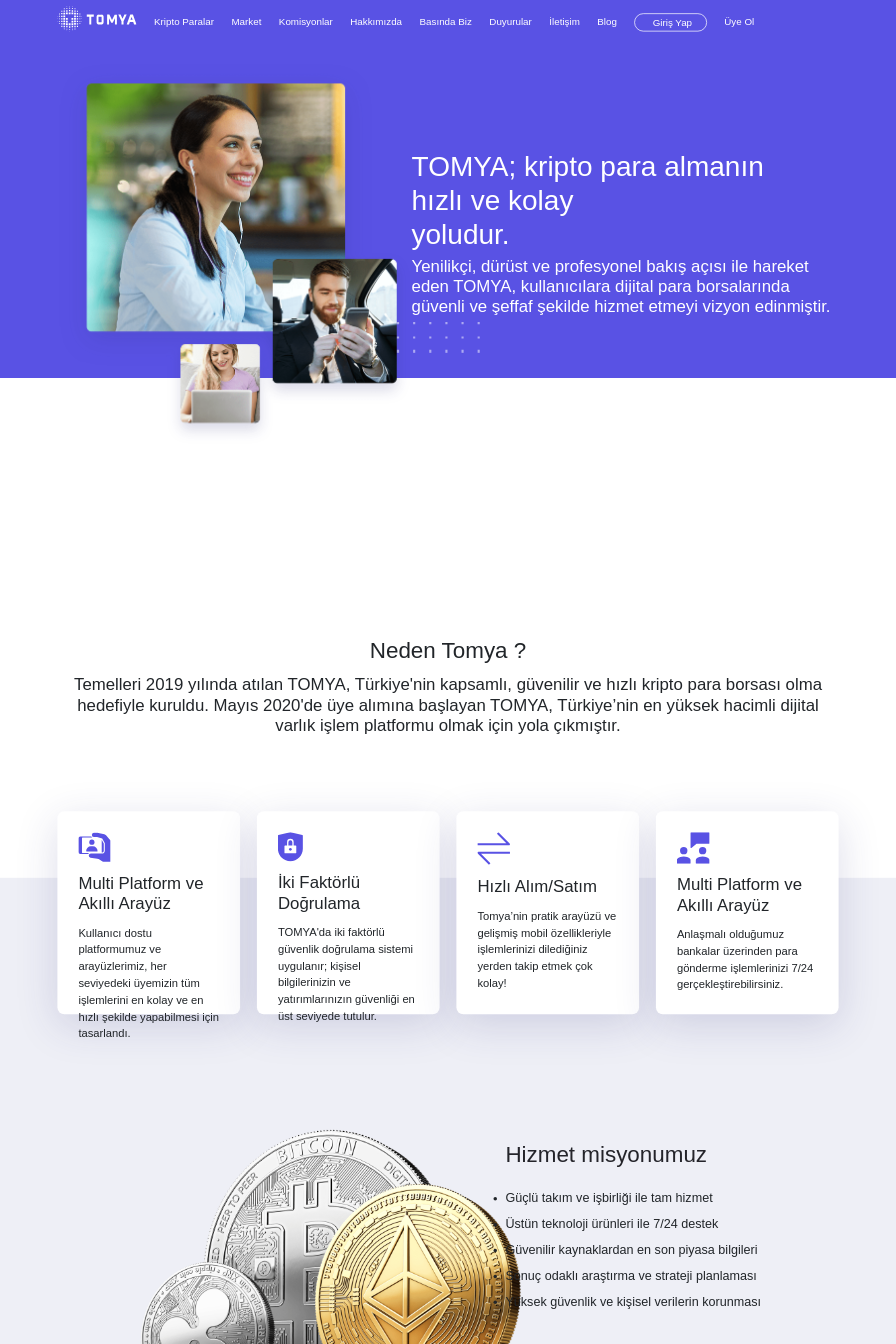
Repository: ezgibayrakli/TomyaProje
Page: index copy.html
The author's editor kept a copy of each file at every save. The page is drawn from the files as they stood at one save, then again after the next save.
The browser window is 1280 px wide. The pictures show the part of the page from y = 0 to 1920 px (the page is 5181 px tall), at 70% of full size.
Some web fonts or font styles are not loaded; a fallback is used.

Above is the page before, as saved 2023-07-06 13:33:54.

### index copy.html
<!DOCTYPE html>
<html lang="en">
<head>
    <meta charset="UTF-8">
    <meta name="viewport" content="width=device-width, initial-scale=1.0">
    <!-- BOOTSTRAP -->
    <link href="https://cdn.jsdelivr.net/npm/bootstrap@5.1.3/dist/css/bootstrap.min.css" rel="stylesheet" integrity="sha384-1BmE4kWBq78iYhFldvKuhfTAU6auU8tT94WrHftjDbrCEXSU1oBoqyl2QvZ6jIW3" crossorigin="anonymous">
    <link rel="stylesheet" href="style.css">
    <title>Hakkımızda-Tomya</title>
</head>
<body>
    <!-- HEADER START -->
    <section id="header">
        <div class="header">
            <div class="container">
                <nav class="navbar navbar-expand-lg navbar-light">
                    <div class="header-logo">
                        <img src="photo/tomya-logo.svg" alt="">
                    </div>
                    <button class="navbar-toggler" type="button" data-toggle="collapse" data-target="#navbarNavDropdown" aria-controls="navbarNavDropdown" aria-expanded="false" aria-label="Toggle navigation">
                      <span class="navbar-toggler-icon"></span>
                    </button>
                    <div class="collapse navbar-collapse" id="navbarNavDropdown">
                        <ul class="main-menu-header navbar-nav ">
                            <li><a href="#">Kripto Paralar</a></li>
                            <li><a href="#">Market</a></li>
                            <li><a href="#">Komisyonlar</a></li>
                            <li><a href="#">Hakkımızda</a></li>
                            <li><a href="#">Basında Biz</a></li>
                            <li><a href="#">Duyurular</a></li>
                            <li><a href="#">İletişim</a></li>
                            <li><a href="#">Blog</a></li>
                            <li class="enter"><a href="#">Giriş Yap</a></li>
                            <li><a href="#">Üye Ol</a></li>
                        </ul>
                    </div>
                  </nav>
                <div class="header-text">
                    <div class="header-about-img">
                        <span class="icons-header"></span>
                        <img src="photo/aboutus-banner.png" alt="">
                    </div>
                    <div class="header-about-text">
                        <h1>TOMYA; kripto para almanın <br> hızlı ve kolay <br> yoludur.</h1>
                        <h4>Yenilikçi, dürüst ve profesyonel bakış açısı ile hareket eden TOMYA, kullanıcılara dijital para borsalarında güvenli ve şeffaf şekilde hizmet etmeyi vizyon edinmiştir.</h4>
                    </div>

                </div>
                </div>
            </div>
        </div>
    </section>
    <!-- HEADER END -->

    <!-- MAIN MENU START -->
    <section id="mainmenu">
        <div class="main-menu">
            <div class="container">
              <h2 class="text-md-center mt-5">Neden Tomya ?</h2>
              <h4 class="text-md-center mt-3">Temelleri 2019 yılında atılan TOMYA, Türkiye'nin kapsamlı, güvenilir ve hızlı kripto para borsası olma hedefiyle kuruldu. Mayıs 2020'de üye alımına başlayan TOMYA, Türkiye’nin en yüksek hacimli dijital varlık işlem platformu olmak için yola çıkmıştır.</h4>
            <div class="row">
                <div class="col-sm-12 col-md-3">
                    <div class="box">
                        <img src="photo/ic-selfie.svg" alt="">
                        <div class="box-text">
                            <h4 class="mt-3">Multi Platform ve Akıllı Arayüz</h4>
                            <p class="mt-3">Kullanıcı dostu platformumuz ve arayüzlerimiz, her seviyedeki üyemizin tüm işlemlerini en kolay ve en hızlı şekilde yapabilmesi için tasarlandı.</p>
                        </div>
                    </div>
                </div>
                <div class="col-sm-12 col-md-3">
                    <div class="box">
                        <img src="photo/ic-privacy.svg" alt="">
                        <div class="box-text">
                            <h4 class="mt-3">İki Faktörlü Doğrulama</h4>
                            <p class="mt-3">TOMYA'da iki faktörlü güvenlik doğrulama sistemi uygulanır; kişisel bilgilerinizin ve yatırımlarınızın güvenliği en üst seviyede tutulur.</p>
                        </div>
                    </div>
                </div>
                <div class="col-sm-12 col-md-3">
                    <div class="box">
                        <img src="photo/ic-sellbuy.svg" alt="">
                        <div class="box-text">
                            <h4 class="mt-3">Hızlı Alım/Satım</h4>
                            <p class="mt-3">Tomya’nin pratik arayüzü ve gelişmiş mobil özellikleriyle işlemlerinizi dilediğiniz yerden takip etmek çok kolay!</p>
                        </div>
                    </div>
                </div>
                <div class="col-sm-12 col-md-3">
                    <div class="box">
                        <img src="photo/ic-support.svg" alt="">
                        <div class="box-text">
                            <h4 class="mt-3">Multi Platform ve Akıllı Arayüz</h4>
                            <p class="mt-3">Anlaşmalı olduğumuz bankalar üzerinden para gönderme işlemlerinizi 7/24 gerçekleştirebilirsiniz.</p>
                        </div>
                    </div>
                </div>
            </div>
            </div>
        </div>
        <div class="main-menu-two">
            <div class="container">
                <div class="row">
                    <div class="col-sm-12 col-md-6 coins">
                        <img src="photo/aboutus-coins.png" alt="">
                    </div>
                    <div class="col-sm-12 col-md-6 coins-text">
                        <h2 class="mt-3">Hizmet misyonumuz</h2>
                        <ul class="coins-text-ul">
                            <li>Güçlü takım ve işbirliği ile tam hizmet</li>
                            <li>Üstün teknoloji ürünleri ile 7/24 destek</li>
                            <li>Güvenilir kaynaklardan en son piyasa bilgileri</li>
                            <li>Sonuç odaklı araştırma ve strateji planlaması</li>
                            <li>Yüksek güvenlik ve kişisel verilerin korunması</li>
                        </ul>
                    </div>

                </div>
            </div>
        </div>
        <div class="main-menu-three">
            <div class="container">
                <h2 >İş Ortaklarımız</h2>
                <div class="row">
                        <div class="col-sm-12 col-md-6 bctr-img">
                            <img src="photo/BCTR-logo.png" alt="">
                        </div>
                        <div class="col-sm-12 col-md-6 mt-auto mb-auto ">
                            <p>Tomya Teknoloji A.Ş. olarak kripto ekosisteminde faaliyetlerimize hız kesmeden devam ediyoruz. Türkiye’de sürdürülebilir blockchain ekosistemi oluşturan, bu teknoloji ile yeni dönem iş yapış biçimlerinin önündeki zorlukların giderilmesine yönelik çalışmaları bulunan Blockchain Türkiye Platformu'na platin üye olduk.</p>
                        </div>
                </div>
            </div>
        </div>
        <div class="main-menu-four">
    <div class="container">
        <div class="row">
            <div class="col-sm-6">
                <h2>TOMYA'yı Sosyal Medyada Takip Edin</h2>
                <h3 class="mt-3">Dijital para borsalarındaki diğer yatırımcılarla bağlantı kurmak, promosyonlar hakkında bilgi almak ve yatırım stratejilerini tartışmak için TOMYA'yı sosyal medya üzerinden takip edebilirsiniz.</h3>
                <a href="#" ><img src="photo/followTwitter.svg" alt="" class="mt-5"></a>
            </div>
                <div class="col-sm-6 twitter-img">
                    <img  alt="img_twitter_social" src="photo/img_twitter_social.png">
                </div>
            </div>
    </div>
        </div>
        <div class="main-menu-five">
            <div class="container">
                <div class="box">
                    <div class="row">
                        <div class="col-md-4">
                            <h2>Basın Kiti</h2>
                        </div>
                        <div class="col-md-8">
                            <h3>Markamıza ait logomuzun medya kanallarında ya da farklı mecralarda en doğru şekilde kullanımı için basın materyallerini indirebilirsiniz.</h3>
                        </div>
                    </div>
                    <div class="row" style="height: 200px;margin-top: 45px;">
                        <div class="col-md-2 bg-white" style="margin-right:20px;border-radius: 10px;">
                            <h6 style="margin-top: 150px;text-align: center;">Logo Kullanımı</h6>
                        </div>
                        <div class="col bg-white" style="border-radius: 10px;">
                            <div class="row">
                                <div class="col-md-3">
                                    <h6 style="margin-top: 140px;text-align: center;">Renkli ve <br>
                                        Siyah/Beyaz kullanım</h6>
                                </div>
                                <div class="col-md-3">
                                    <h6 style="margin-top: 140px;text-align: center;">Logo baskı, web ve <br>
                                        HEX renk kodları</h6></div>
                                <div class="col-md-6">
                                <a href="#">
                                    <h6 class="btn-outline" style="margin-top: 140px;text-align: center;">
                                        Basın Kitini İndir
                                    </h6>
                                </a>
                                </div>
                        </div>

                    </div>
                </div>
            </div>
        </div>
    </section>
    <!-- MAIN MENU END -->

    <!-- FOOTER START -->
    <div class="footer">
        <div class="footer-one mt-5">
            <div class="container">
                <div class="wrap d-flex align-items-start flex-lg-row flex-column">
                    <h3>Avantajlı Kripto İşlemleri</h3>
                    <h5 class="w-100 ml-lg-3 mt-lg-0 ">TOMYA, müşterilerine güvenilir ve șeffaf hizmet anlayışının yanında düșük komisyon prensipleri de sunar. TOMYA ile dijital para borsalarındaki alım satım deneyiminizi en üst noktaya çıkarabilirsiniz.</h5>
                    <a href="#" class="btn mr-auto ml-auto  mr-lg-0 mt-lg-0 ">Hesap Oluştur</a>
                </div>
            </div>
        </div>
    <footer class="footer-two footer">
    <div class="container">
        <div class="row">
            <div class="col-md-2 items">
                <h6>Kurumsal</h6>
                <ul>
                    <li><a href="#">Kullanıcı Sözleşmesi</a></li>
                    <li><a href="#">Gizlilik ve Çerez Politikası</a></li>
                    <li><a href="#">Kişisel Verilerin Korunması</a></li>
                    <li><a href="#">Açık Rıza Ve Dijital İletişim İzni Beyanı</a></li>
                    <li><a href="#">Hakkımızda</a></li>
                    <li><a href="#">İletişim</a></li>
                </ul>
            </div>
            <div class="col-md-2 items">
                <h6>Kullanıcılar için</h6>
                <ul>
                    <li><a href="#">Blog</a></li>
                    <li><a href="#">Basında Biz</a></li>
                    <li><a href="#">Sıkça Sorulan Sorular</a></li>
                    <li><a href="#">Kripto Hesaplayıcı</a></li>
                    <li><a href="#">Kripto Sözlük</a></li>
                    <li><a href="#">Duyurular</a></li>
                    <li><a href="#">Limitler</a></li>
                    <li><a href="#">Para Yatırma ve Çekme Platformları</a></li>
                    <li><a href="#">Kara Para Aklamayı Önleme Politikası</a></li>
                    <li><a href="#">Müşterini Tanı (KYC) Politikası</a></li>

                </ul>
            </div>
            <div class="col-md-2 items">
                <h6>Kripto paralar</h6>
            <ul >
                    <li><a href="#">Bitcoin</a></li>
                    <li><a href="#">Ethereum</a></li>
                    <li><a  href="#">Ripple</a></li>
                    <li> <a  href="#">Litecoin</a></li>
                    <li><a  href="#">Tether</a></li>
                    <li> <a  href="#">Chainlink</a></li>
                    <li> <a  href="#">Polkadot</a></li>
                    <li> <a  href="#">Avalanche</a></li>
                    <li><a  href="#">Binance Coin</a></li>
                    <li>  <a  href="#">Pancakeswap</a></li>
                    <li> <a  href="#">Solana</a></li>
                    <li><a  href="#">NEAR Protocol</a></li>
                    <li> <a  href="#">ApeCoin</a></li>
                    <li><a  href="#">Uniswap</a></li>
                    <li><a  href="#">Fantom</a></li>
                    <li><a  href="#">Curve DAO</a></li>
                    <li> <a  href="#">Ethereum Classic</a></li>
            </ul>
            </div>
            <div class="col-md-2 items mt-4">
            <ul>
                <li><a href="#">Dogecoin</a></li>
                <li> <a href="#">Cardano</a></li>
                <li><a href="#">NEO</a></li>
                <li>  <a href="#">Chiliz</a></li>
                <li><a href="#">Holochain</a></li>
                <li> <a href="#">BitTorrent Chain</a></li>
                <li><a href="#">Decentraland</a></li>
                <li><a href="#">The Sandbox</a></li>
                <li> <a href="#">Shiba Inu</a></li>
                <li><a href="#">Polygon</a></li>
                <li> <a href="#">PAX Gold</a></li>
                <li> <a href="#">Cosmos</a></li>
                <li><a href="#">Enjin Coin</a></li>
                <li> <a href="#">VeChain</a></li>
                <li><a href="#">THORChain </a></li>
                <li> <a href="#">Oasis Network</a></li>

            </ul>
            </div>
            <div class="col-md-2 items">
                <h6>Rehber</h6>
                <ul>
                <li>  <a href="#">Bitcoin al</a></li>
                <li><a href="#">Ethereum al</a></li>
                <li> <a href="#">Ripple al</a></li>
                <li><a href="#">Litecoin al</a></li>
                <li> <a href="#">Tether al</a></li>
                <li> <a href="#">Chainlink al</a></li>
                <li><a href="#">Polkadot al</a></li>
                <li><a href="#">Avalanche al</a></li>
                <li> <a href="#">Binance Coin al</a></li>
                <li> <a href="#">Pancakeswap al</a></li>
                <li><a href="#">Solana al</a></li>
                <li><a href="#">NEAR Protocol al</a></li>
                <li><a href="#">ApeCoin al</a></li>
                <li> <a href="#">Uniswap al</a></li>
                <li>  <a href="#">Fantom al</a></li>
                <li><a href="#">Curve DAO al</a></li>
                <li><a href="#">Ethereum Classic al</a></li>

            </ul>
            </div>
            <div class="col-md-2 items mt-4">
            <ul>
                <li>   <a href="#">Dogecoin al</a></li>
                <li> <a href="#">Cardano al</a></li>
                <li><a href="#">NEO al</a></li>
                <li><a href="#">Chiliz al</a></li>
                <li><a href="#">Holochain al</a></li>
                <li> <a href="#">BitTorrent Chain al</a></li>
                <li> <a href="#">Decentraland al</a></li>
                <li><a href="#">The Sandbox al</a></li>
                <li><a href="#">Shiba Inu al</a></li>
                <li><a href="#">Polygon al</a></li>
                <li><a href="#">PAX Gold al</a></li>
                <li> <a href="#">Cosmos al</a></li>
                <li> <a href="#">Enjin Coin al</a></li>
                <li><a href="#">VeChain al</a></li>
                <li><a href="#">THORChain al</a></li>
                <li><a href="#">Oasis Network al</a></li>

            </ul>
            </div>
        </div>
        <hr class="mt-5" style="color: gray;">
      <div class=" pt-5 d-flex justify-content-lg-between flex-lg-row flex-column align-items-lg-center">
            <div>
            <h6 >TOMYA TEKNOLOJİ A.Ş. <br>Maslak Mah. Saat Sok. Spine Tower No: 5/10, <br>Sarıyer / İstanbul </h6>
            <br><h6 >Tel: 0(212) 807 10 71(72-73)</h6>
        </div>
        <div>
        <div class="social d-flex justify-content-lg-end mt-lg-0 mt-5">
            <a class="mr-4" href="https://www.facebook.com/tomya.com" target="_blank"><img  alt="facebook-ikon" src="photo/ic-fb.svg"></a>
            <a class="mr-4" href="https://twitter.com/tomyacom" target="_blank"><img  alt="twitter-ikon" src="photo/ic-tw.svg"></a>
            <a class="mr-4" href="https://www.instagram.com/tomyacom/" target="_blank"><img alt="instagram-ikon" src="photo/ic-ins.svg"></a>
            <a class="mr-4" href="https://t.me/tomyacom" target="_blank"><img alt="telegram-ikon" src="photo/ic-telegram.svg"></a>
            <a class="mr-4" href="https://www.youtube.com/channel/UCSOpFT_5xJLvf6yfXIyxDlQ" target="_blank"><img alt="yt-ikon" src="photo/ic-yt-logo.svg"></a>
        </div>
        </div>
       </div>
       <div class="row">
        <h6 class="mt-5 mb-5 tomya-end">Tüm Hakları Saklıdır. © 2021 - TOMYA <br> TOMYA TEKNOLOJİ A.Ş. <br> Mersis No: 0850062440300001</h6>
       </div>
    </div>
       </footer>

    </div>
    <!-- FOOTER END -->

    <script src="tomya.js"></script>
    <script src="https://cdn.jsdelivr.net/npm/bootstrap@5.1.3/dist/js/bootstrap.bundle.min.js" integrity="sha384-ka7Sk0Gln4gmtz2MlQnikT1wXgYsOg+OMhuP+IlRH9sENBO0LRn5q+8nbTov4+1p" crossorigin="anonymous"></script>
    <!-- SAYFAMIZIN NETWORK KISMINDAN UYGULANIP UYGULANMADIGINI GORURUZ -->
</body>
</html>

Loaded but not shown: style.css (302 lines, source omitted); tomya.js (no copy from this time; the picture is the same without it)

After the next save:
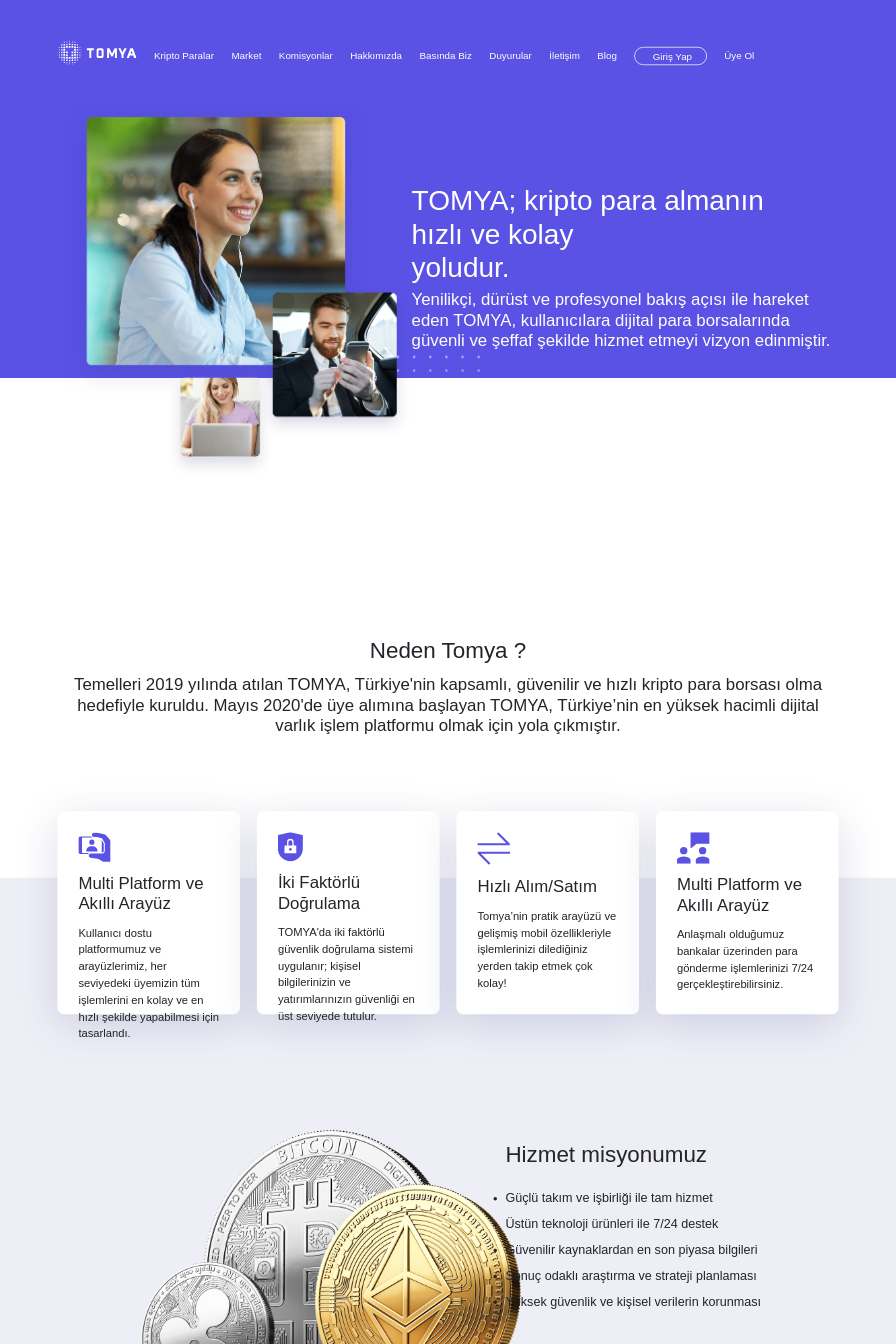
Saved 59 s later.
--- a/index copy.html
+++ b/index copy.html
@@ -14,14 +14,14 @@
         <div class="header">
             <div class="container">
                 <nav class="navbar navbar-expand-lg navbar-light">
-                    <div class="header-logo">
+                    <div class="header-logo mt-5">
                         <img src="photo/tomya-logo.svg" alt="">
                     </div>
                     <button class="navbar-toggler" type="button" data-toggle="collapse" data-target="#navbarNavDropdown" aria-controls="navbarNavDropdown" aria-expanded="false" aria-label="Toggle navigation">
                       <span class="navbar-toggler-icon"></span>
                     </button>
                     <div class="collapse navbar-collapse" id="navbarNavDropdown">
-                        <ul class="main-menu-header navbar-nav ">
+                        <ul class="main-menu-header navbar-nav mt-5 ">
                             <li><a href="#">Kripto Paralar</a></li>
                             <li><a href="#">Market</a></li>
                             <li><a href="#">Komisyonlar</a></li>
